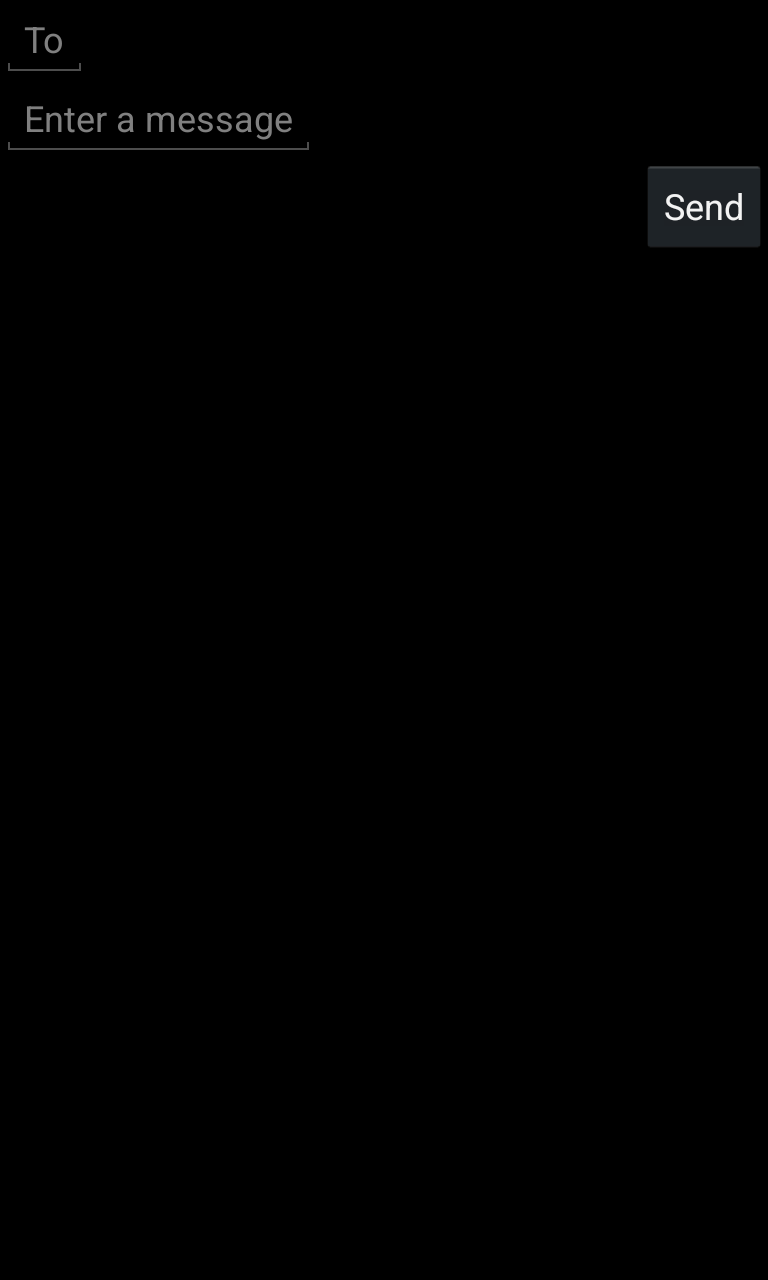
Repository: tomcynicholls/ThirdYearProject
Layout: JavaCode/App/res/layout/main.xml
These files come from the project's save history. The layout is drawn as it stood at one moment and after the next save; the edit follows.
It is drawn on a 768 x 1280 px phone screen (xhdpi) without system bars, with theme android:Theme.Holo; the app's code is not run.

Above is the layout before, as saved 2013-01-28 10:41:16.

### JavaCode/App/res/layout/main.xml
<?xml version="1.0" encoding="utf-8"?>
<LinearLayout xmlns:android="http://schemas.android.com/apk/res/android"
    xmlns:tools="http://schemas.android.com/tools"
    android:layout_width="match_parent"
    android:layout_height="match_parent"
    android:orientation="vertical" >

      <EditText android:id="@+id/edit_receiver"
        android:layout_height="wrap_content"
        android:layout_width="wrap_content"
        android:hint="@string/edit_receiver" />


    <EditText android:id="@+id/edit_message"
        android:layout_height="wrap_content"
        android:layout_width="wrap_content"
        android:hint="@string/edit_message" />

    <RelativeLayout
            android:id="@+id/innerrel"
            android:layout_width="match_parent"
            android:layout_height="wrap_content"
            android:orientation="horizontal" >

    <Button
        android:layout_width="wrap_content"
        android:layout_height="wrap_content"
        android:text="@string/button_send"
        android:onClick="sendMessage"
        android:layout_alignParentRight="true" />

    </RelativeLayout>
</LinearLayout>

### JavaCode/App/res/values/strings.xml
<?xml version="1.0" encoding="utf-8"?>
<resources>

    <string name="app_name">TYP App</string>
    <string name="edit_message">Enter a message</string>
    <string name="edit_receiver">To</string>
    <string name="button_send">Send</string>
    <string name="menu_settings">Settings</string>
    <string name="title_activity_main">MainActivity</string>
    <string name="title_activity_display_message">Message</string>
    <string name="hello_world">Hello world!</string>
    <string name="holder">Text Holder</string>
    <string name="title_activity_view_xml_writer">View Xm lWriter</string>

</resources>

After the next save:
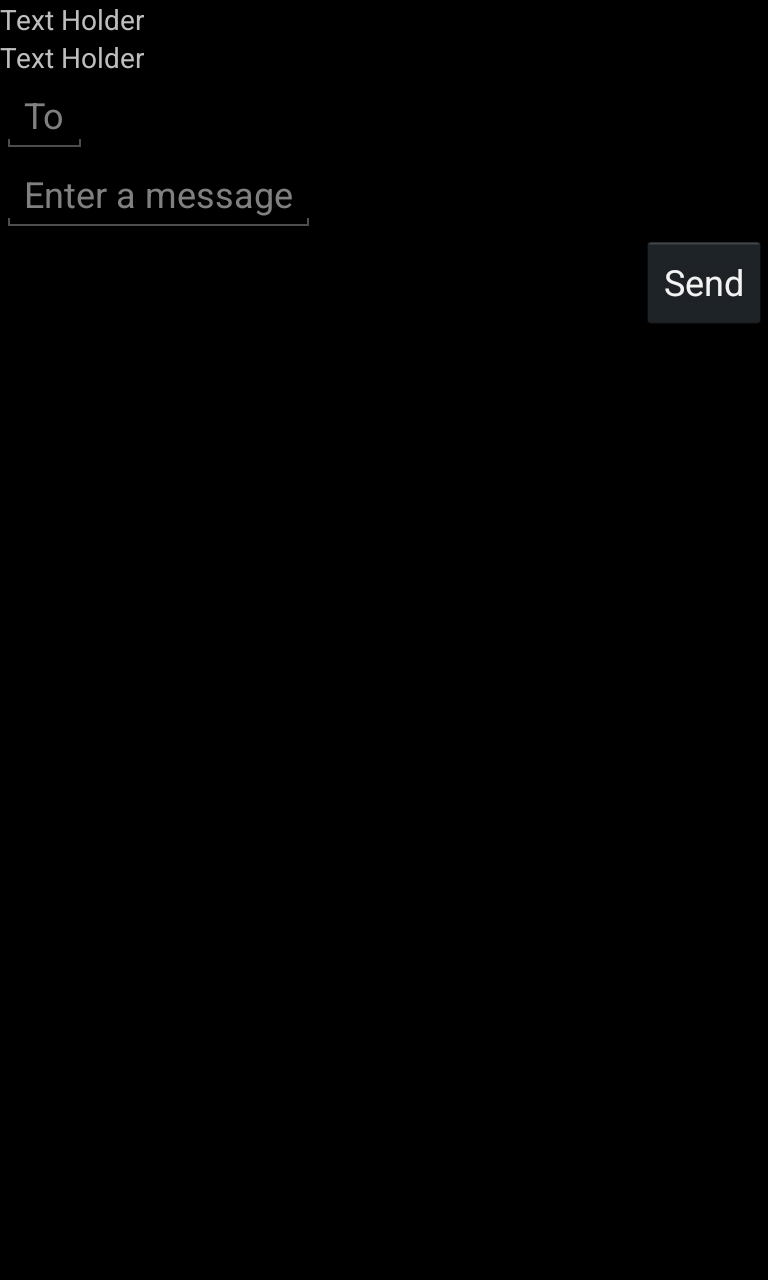
Saved 3 min 1 s later.
--- a/JavaCode/App/res/layout/main.xml
+++ b/JavaCode/App/res/layout/main.xml
@@ -4,6 +4,18 @@
     android:layout_width="match_parent"
     android:layout_height="match_parent"
     android:orientation="vertical" >
+
+    <TextView
+        android:id="@+id/textview_from"
+        android:layout_width="wrap_content"
+        android:layout_height="wrap_content"
+        android:text="@string/holder" />
+
+     <TextView
+        android:id="@+id/textview_message"
+        android:layout_width="wrap_content"
+        android:layout_height="wrap_content"
+        android:text="@string/holder" />
 
       <EditText android:id="@+id/edit_receiver"
         android:layout_height="wrap_content"
